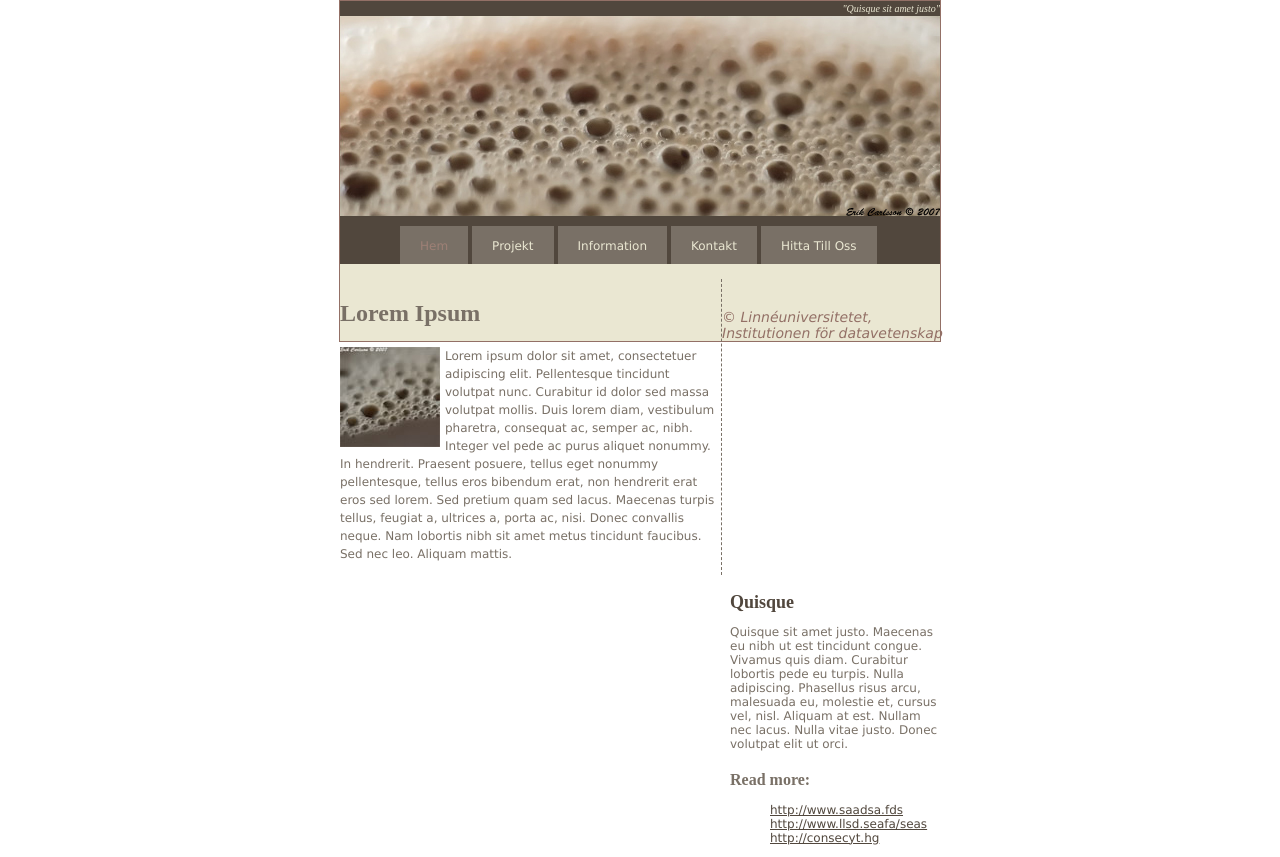
Repository: mh223ja/1ik415-js223mi-Uppgift-3-3
Page: index.html
The author's editor kept a record of every edit. The page is drawn from the files as they stood at one moment, then again after the next edit.
The browser window is 1280 px wide. The pictures show the whole page.

Above is the page before.

After the next edit:
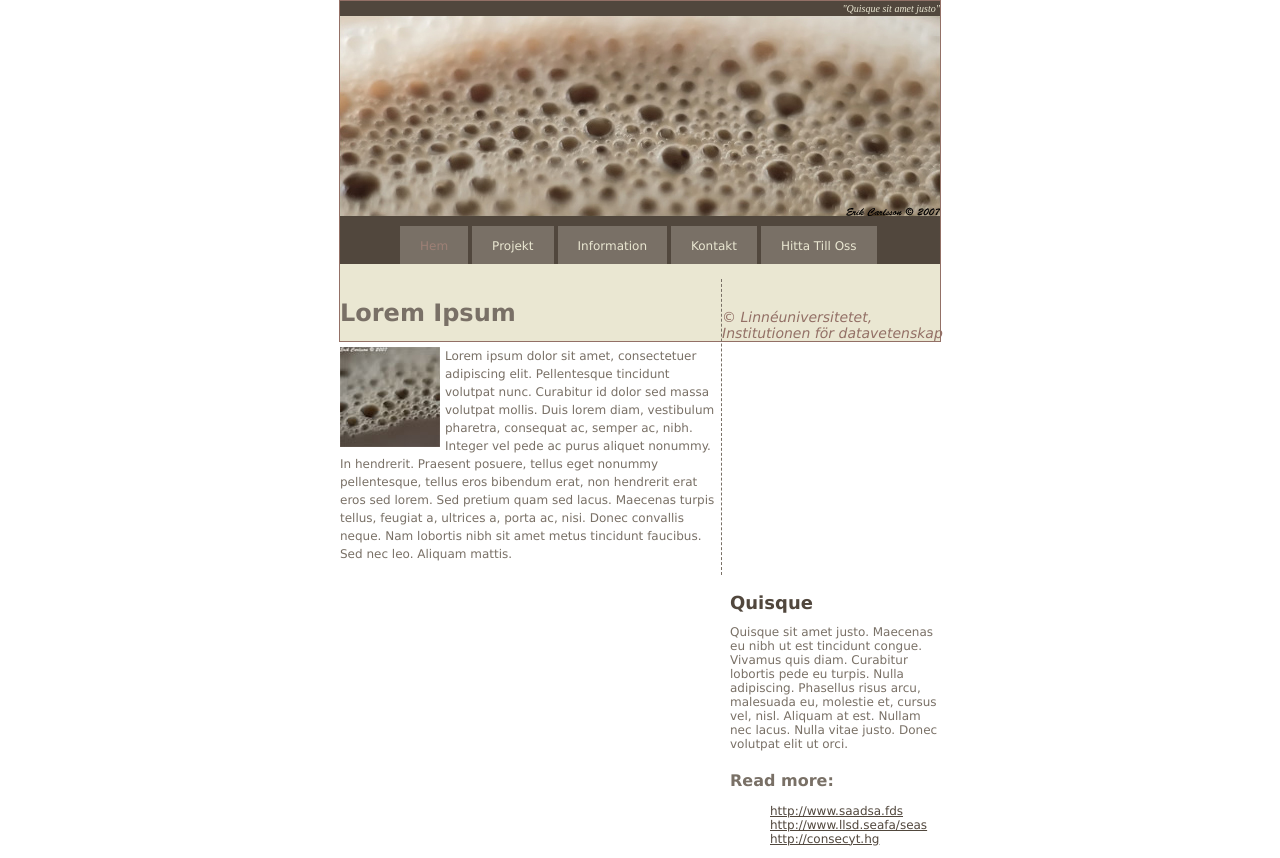
The edit:
--- a/css/basic.css
+++ b/css/basic.css
@@ -5,11 +5,6 @@
 	}
 
 
-h1,h2{
-	font-family: 'Times New Roman';
-	color: #797066;
-
-}
 #container{
 	width: 600px;
 	margin: auto;
